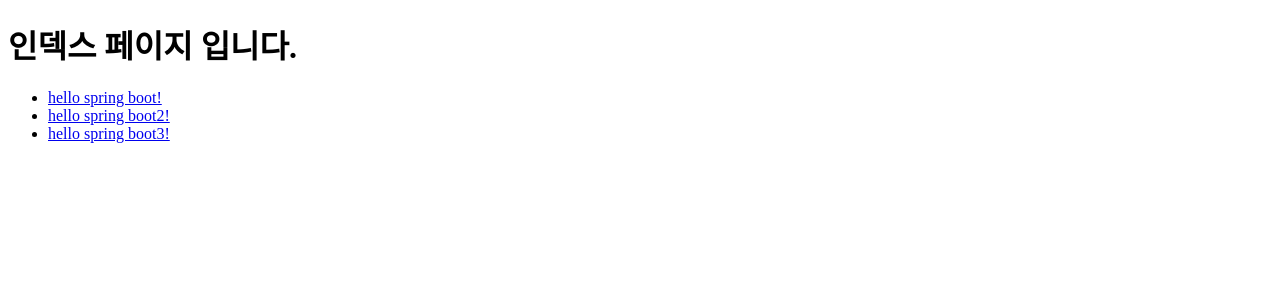
Repository: Saeunnnnni/acornClass_spring
Page: Boot03_Controller/src/main/resources/static/index.html
These files come from the project's save history. The page is drawn as it stood at one moment and after the next save; the edit follows.
The browser window is 1280 px wide. The pictures show the whole page.

Above is the page before, as saved 2023-07-11 03:39:11.

### Boot03_Controller/src/main/resources/static/index.html

<!DOCTYPE html>
<html>
<head>
<meta charset="UTF-8">
<title>Insert title here</title>
</head>
<body>
	<h1>인덱스 페이지 입니다.</h1>
	<ul>
		<li><a href="hello">hello spring boot!</a></li>
		<li><a href="hello2">hello spring boot2!</a></li>
		<li><a href="hello3">hello spring boot3!</a></li>
	</ul>
</body>
</html>

After the next save:
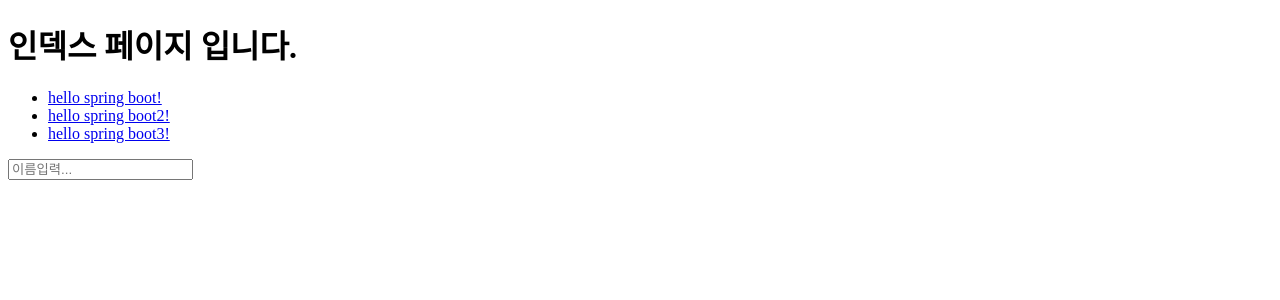
Saved 118 s later.
--- a/Boot03_Controller/src/main/resources/static/index.html
+++ b/Boot03_Controller/src/main/resources/static/index.html
@@ -12,5 +12,9 @@
 		<li><a href="hello2">hello spring boot2!</a></li>
 		<li><a href="hello3">hello spring boot3!</a></li>
 	</ul>
+
+	<form action="memeber/insert" method="post">
+		<input type="text" name="name" placeholder="이름입력..." />
+	</form>
 </body>
 </html>
